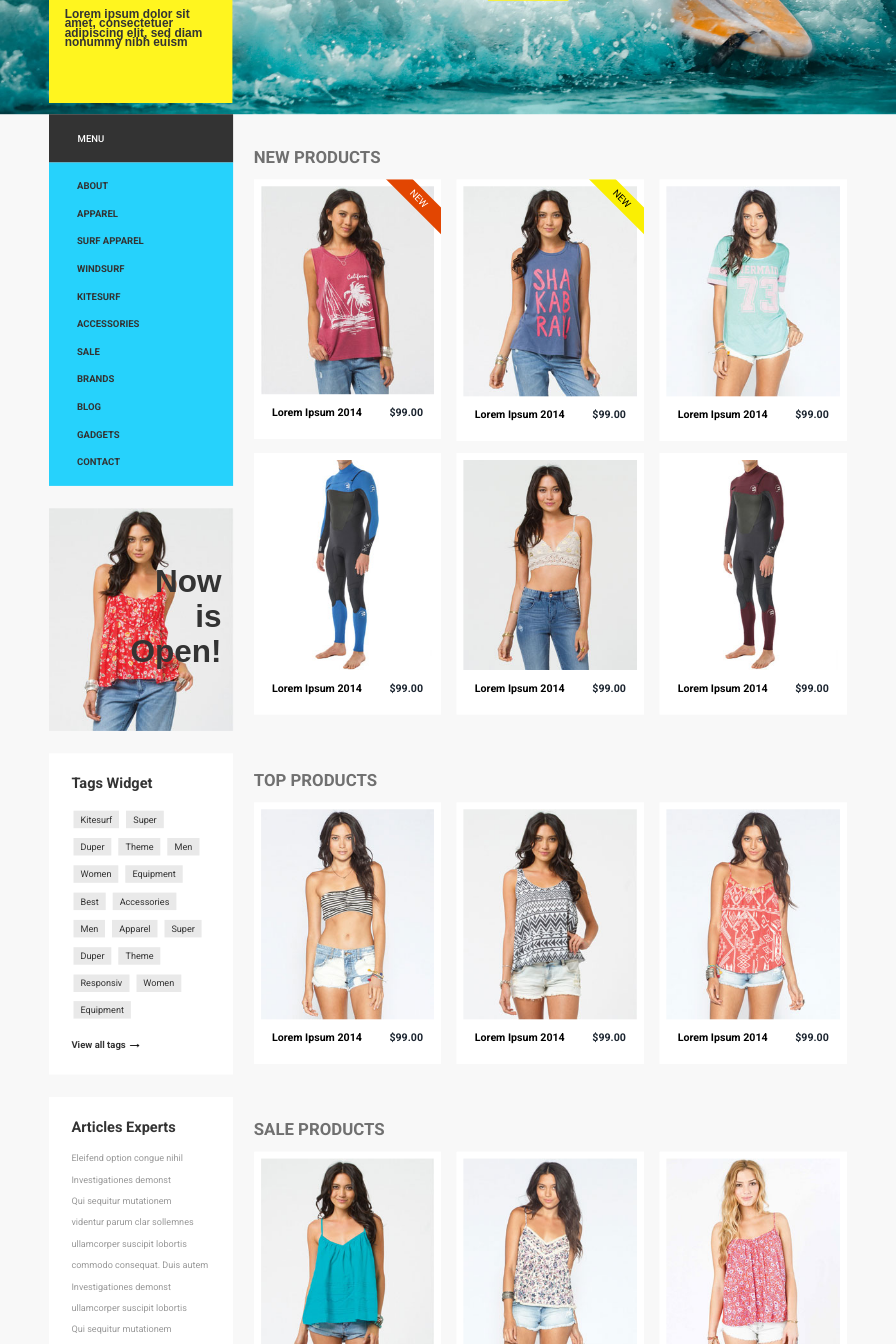
Repository: ma304106/projet
Page: http://localhost/Esite/
An editor plug-in stored every save of this project. The page is shown before and after the next save, followed by the edit.
The browser window is 1280 px wide. The pictures show the part of the page from y = 573 to 2493 px (the page is 3672 px tall before and 3648 px after), at 70% of full size.
Some web fonts or font styles are not loaded; a fallback is used. The page is served by Tomcat 9.

Above is the page before, as saved 2015-05-26 06:45:51.

After the next save:
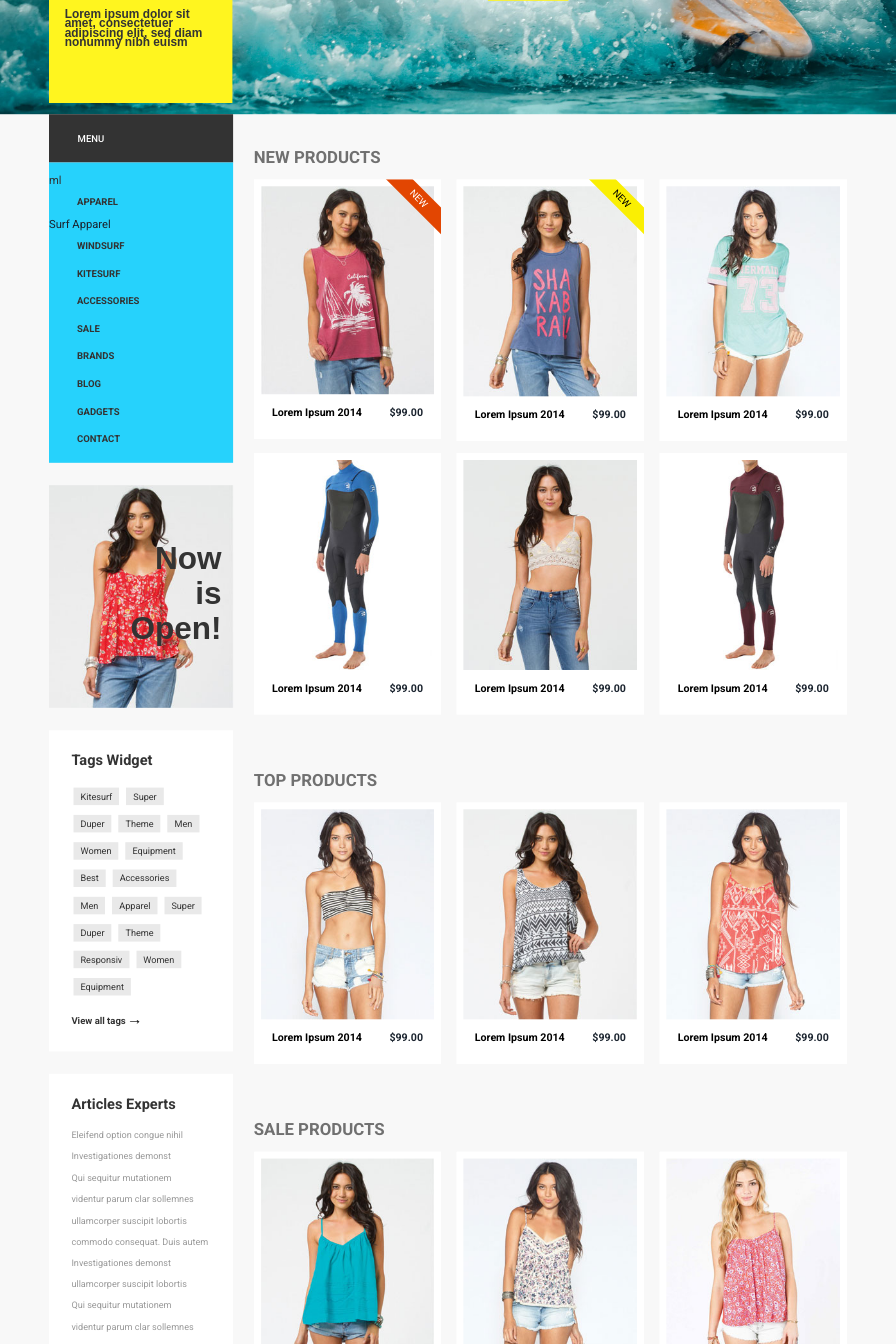
Saved 4 h 0 min later.
--- a/FINAL/Esite/WebContent/index.jsp
+++ b/FINAL/Esite/WebContent/index.jsp
@@ -59,9 +59,9 @@ Author URL: http://w3layouts.com
 						<div class="menu_box">
 							<h3 class="menu_head">Menu</h3>
 							<ul class="nav">
-								<li><a href="apparel.jsp">About</a></li>
+								ml
 								<li><a href="apparel.jsp">Apparel</a></li>
-								<li><a href="apparel.jsp">Surf Apparel</a></li>
+								<ljkkkkkk  bvg i><a href="apparel.jsp">Surf Apparel</a></li>
 								<li><a href="apparel.jsp">Windsurf</a></li>
 								<li><a href="apparel.jsp">Kitesurf</a></li>
 								<li><a href="apparel.jsp">Accessories</a></li>
